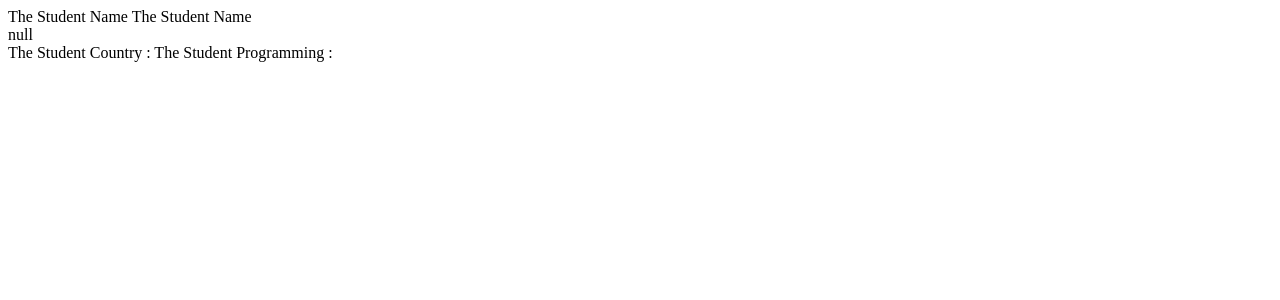
Repository: Gyepike/JSP
Page: http://localhost/JSPDemo/student-response-dropdown.jsp
These files come from the project's save history. The page is drawn as it stood at one moment and after the next save; the edit follows.
The browser window is 1280 px wide. The pictures show the whole page.
The page is served by Tomcat 9.

Above is the page before, as saved 2020-10-30 21:25:56.

After the next save:
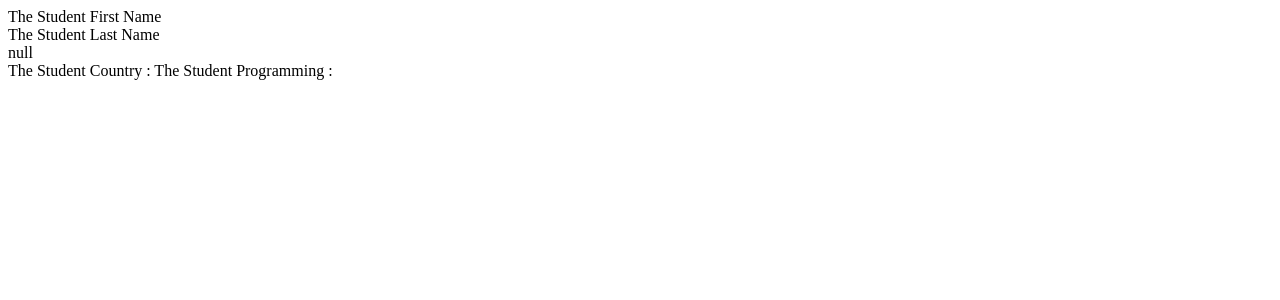
Saved 2 min 10 s later.
--- a/JSPDemo/WebContent/student-response-dropdown.jsp
+++ b/JSPDemo/WebContent/student-response-dropdown.jsp
@@ -7,9 +7,9 @@
 <title>Insert title here</title>
 </head>
 <body>
-     The Student Name ${param.firstName}
-     The Student Name ${param.country}
-
+     The Student First Name ${param.firstName}
+      <br/>
+     The Student Last Name ${param.lastName}
      <br/>
      <%= request.getParameter("lastName") %>
      <br/>
